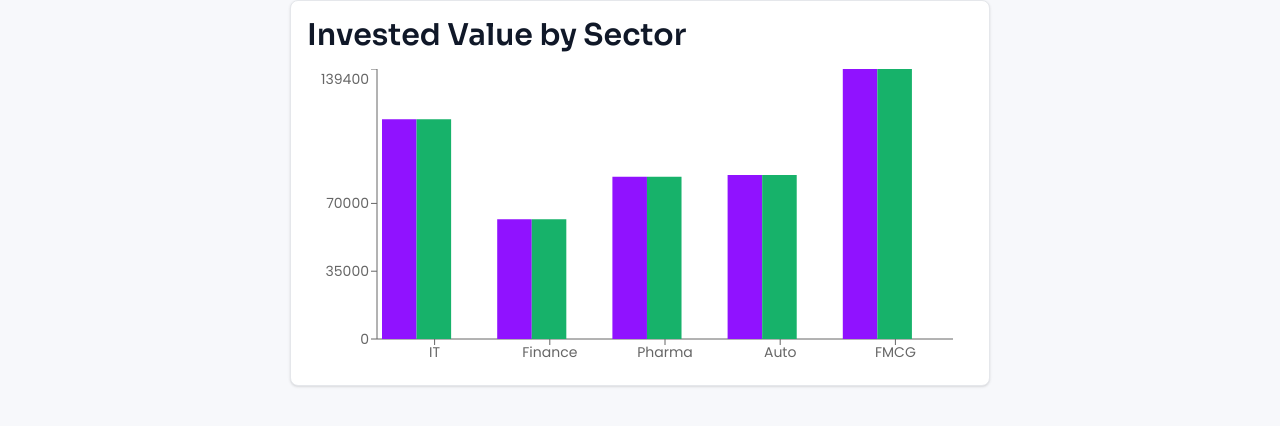
Repository: jabir12-12/inten-project
Page: /components/barchart
An editor plug-in stored every save of this project. The page is shown before and after the next save, followed by the edit.
The browser window is 1280 px wide. The pictures show the whole page.
The page's requests for data from a server got no answer. The project was rebuilt for these pictures with package versions that can differ from the ones it lists, and the page was loaded fresh each time. The framework's server and built-in components were replaced by stand-ins that run in the browser. No one was signed in, and anything a server would have sent is missing. Also part of the build but not shown: next.config.ts.

Above is the page before, as saved 2025-05-17 23:35:24.

### src/pages/_app.tsx
import "@/styles/globals.css";
import type { AppProps } from "next/app"

export default function App({ Component, pageProps }: AppProps) {
  return <Component {...pageProps} />;
}

### src/pages/components/barchart.tsx
import React, { useEffect, useState } from 'react';
import {
    Bar,
    BarChart,
    CartesianGrid,
    Cell,
    Legend,
    ResponsiveContainer,
    Tooltip,
    XAxis,
    YAxis,
} from "recharts";

interface StockData {
    symbol: string;
    category: string;
    purchasePrice: number;
    quantity: number;
    cmp: number;  // current market price
}

const BASE_STOCKS = [
    { symbol: 'INFY.NS', category: 'IT', purchasePrice: 1650, quantity: 20 },
    { symbol: 'TCS.NS', category: 'IT', purchasePrice: 3800, quantity: 10 },
    { symbol: 'HCLTECH.NS', category: 'IT', purchasePrice: 1700, quantity: 25 },

    { symbol: 'HDFCBANK.NS', category: 'Finance', purchasePrice: 1500, quantity: 15 },
    { symbol: 'ICICIBANK.NS', category: 'Finance', purchasePrice: 750, quantity: 30 },
    { symbol: 'SBIN.NS', category: 'Finance', purchasePrice: 420, quantity: 40 },

    { symbol: 'SUNPHARMA.NS', category: 'Pharma', purchasePrice: 950, quantity: 18 },
    { symbol: 'DIVISLAB.NS', category: 'Pharma', purchasePrice: 4800, quantity: 10 },
    { symbol: 'CIPLA.NS', category: 'Pharma', purchasePrice: 850, quantity: 22 },

    { symbol: 'TATAMOTORS.NS', category: 'Auto', purchasePrice: 350, quantity: 50 },
    { symbol: 'BAJAJ-AUTO.NS', category: 'Auto', purchasePrice: 4200, quantity: 8 },
    { symbol: 'EICHERMOT.NS', category: 'Auto', purchasePrice: 2800, quantity: 12 },

    { symbol: 'HINDUNILVR.NS', category: 'FMCG', purchasePrice: 2500, quantity: 14 },
    { symbol: 'ITC.NS', category: 'FMCG', purchasePrice: 240, quantity: 60 },
    { symbol: 'NESTLEIND.NS', category: 'FMCG', purchasePrice: 18000, quantity: 5 },
];

// Helper to aggregate by category for chart
function aggregateByCategory(stocks: StockData[]) {
    const categoryMap: Record<string, { invested: number; current: number }> = {};

    stocks.forEach(({ category, purchasePrice, quantity, cmp }) => {
        if (!categoryMap[category]) {
            categoryMap[category] = { invested: 0, current: 0 };
        }
        categoryMap[category].invested += purchasePrice * quantity;
        categoryMap[category].current += cmp * quantity;
    });

    return Object.entries(categoryMap).map(([name, values]) => {
        const gainLoss = values.current - values.invested;
        return {
            name,
            invested: values.invested,
            current: values.current,
            gainLoss,
        };
    });

}

export default function BarChartComponent() {
    const [stocks, setStocks] = useState<StockData[]>([]);
    const [loading, setLoading] = useState(true);

    useEffect(() => {
        async function fetchData() {
            try {
                const res = await fetch('/api/route'); // Replace with your actual API route URL
                const json = await res.json();

                if (json.success) {
                    // Map cmp prices by symbol
                    const pricesMap: Record<string, number> = {};
                    json.data.forEach((stock: { symbol: string; cmp: number }) => {
                        pricesMap[stock.symbol] = stock.cmp;
                    });

                    // Merge cmp prices into base stocks
                    const updatedStocks: StockData[] = BASE_STOCKS.map(stock => ({
                        ...stock,
                        cmp: pricesMap[stock.symbol] ?? stock.purchasePrice,
                    }));

                    setStocks(updatedStocks);
                } else {
                    console.error("Failed to load stock prices:", json.error);
                    // Fallback to purchasePrice if API fails
                    const fallbackStocks = BASE_STOCKS.map(stock => ({
                        ...stock,
                        cmp: stock.purchasePrice,
                    }));
                    setStocks(fallbackStocks);
                }
            } catch (err) {
                console.error("Error fetching stock prices:", err);
                // Fallback to purchasePrice on error
                const fallbackStocks = BASE_STOCKS.map(stock => ({
                    ...stock,
                    cmp: stock.purchasePrice,
                }));
                setStocks(fallbackStocks);
            } finally {
                setLoading(false);
            }
        }

        fetchData();
    }, []);

    if (loading) return <div>Loading stock data...</div>;

    const barChartData = aggregateByCategory(stocks);

    return (
        <div className="flex flex-col gap-4 border border-gray-200 rounded-lg p-4 bg-white shadow-sm max-w-full w-full sm:w-[90vw] md:w-[600px] lg:w-[700px] mx-auto">
            <h1 className="text-gray-900 font-semibold text-xl sm:text-2xl md:text-3xl">
                Invested Value by Sector
            </h1>

            <ResponsiveContainer width="100%" height={300}>
                <BarChart
                    data={barChartData}
                    barGap={5}
                    barCategoryGap="30%"
                    margin={{ right: 20, left: 10 }}
                >
                    <CartesianGrid strokeDasharray="3 3" horizontal={false} vertical={false} />
                    <XAxis
                        dataKey="name"
                        fontFamily="poppins"
                        fontSize={14}
                        fontWeight={400}
                        fill="#667085"
                        interval="preserveStartEnd"
                    />
                    <YAxis
                        domain={[0, 'dataMax']}
                        fontFamily="poppins"
                        fontSize={14}
                        fontWeight={400}
                        fill="#667085"
                    />
                    <Tooltip
                        cursor={false}
                        isAnimationActive={true}
                        content={({ active, payload, label }) => {
                            if (!active || !payload || payload.length === 0) return null;

                            const invested = Number(payload.find(p => p.dataKey === 'invested')?.value) || 0;
                            const current = Number(payload.find(p => p.dataKey === 'current')?.value) || 0;
                            const gainLoss = Math.abs(current - invested);
                            const gainLossColor = current >= invested ? "#17B26A" : "#F04438";

                            return (
                                <div style={{ backgroundColor: 'white', padding: 10, border: '1px solid #ccc' }}>
                                    <p style={{ marginBottom: 8, fontWeight: 'bold' }}>{label}</p>
                                    <p style={{ color: '#9012FF' }}>
                                        Invested: ₹{invested.toLocaleString("en-IN")}
                                    </p>
                                    <p style={{ color: gainLossColor }}>
                                        Current: ₹{current.toLocaleString("en-IN")}
                                    </p>
                                    <p style={{ color: gainLossColor }}>
                                        Gain/Loss: ₹{gainLoss.toLocaleString("en-IN")}
                                    </p>
                                </div>
                            );
                        }}
                    />
                    <Legend wrapperStyle={{ display: 'none' }} />
                    <Bar dataKey="invested" name="Invested" fill="#9012FF" barSize={40} />
                    <Bar dataKey="current" name="Current" fill="#17B26A" barSize={40} />
                    <Bar dataKey="gainLoss" name="Gain/Loss" barSize={40}>
                        {barChartData.map((entry, index) => (
                            <Cell key={`cell-${index}`} fill={entry.gainLoss >= 0 ? "#17B26A" : "#F04438"} />
                        ))}
                    </Bar>


                </BarChart>
            </ResponsiveContainer>
        </div>
    );
}

### src/styles/globals.css
@import url('https://fonts.googleapis.com/css2?family=Poppins:wght@400;500;600&family=Inter:wght@400;500;600&family=Sora:wght@400;500;600;700;800&display=swap');
@import url('https://fonts.googleapis.com/css2?family=Inter:wght@400;700&display=swap');

@import "tailwindcss";

body {
  background-color: #f7f8fb;
  margin: 0;
  padding: 0;
  font-family: 'Poppins', sans-serif;
  justify-content: center;
  align-items: center;
  height: 100vh;
}

.video-js .vjs-playback-rate {
  font-size: 10px;
  transform: translateY(12px);
  /* Moves the button down by 10px */

}

.heading .head {
  font-family: 'Sora', sans-serif;
  font-size: 24px;
  /* Example size */
  font-weight: 700;
}

/* Example for other headings if needed */
h1,
h2,
h3,
h4,
h5,
h6 {
  font-family: 'Sora', sans-serif;
}

h3 {
  font-size: 18px;
  font-weight: 600;
}

/* Ensure that other text elements use Poppins */
p,
span,
div {
  font-family: 'Poppins', sans-serif;
}

.button {
  outline: none;
}

/* Custom scrollbar styles */

::-webkit-scrollbar {
  width: 7px;
  height: 7px;
}

::-webkit-scrollbar-thumb {
  background-color: rgba(234, 236, 240, 1);
  ;

  border-radius: 100px;
}

::-webkit-scrollbar-track {
  background: "white";

}

/* THIS IS FOR TEXT-EDITOR IN DISSCUSSION TAB --------------------------*/
.custom-quill .ql-container {
  border: none !important;
  /* Remove the border from the container */
}

.custom-quill .ql-editor {
  border: none !important;
  /* Ensure no border around the editor */
}

.custom-quill:focus {
  outline: none;
  /* Remove outline on focus */
}

.custom-quill .ql-editor {
  font-size: 16px;
  /* Set text size to 16px */
  font-family: 'Poppins', sans-serif;
  font-style: normal;
  /* Use the Poppins font */

}

.custom-quill .ql-editor:empty::before {

  /* Show placeholder */
  color: #667085;
  /* Placeholder color */
  font-family: 'Poppins', sans-serif;
  font-style: normal;
  /* Poppins font for placeholder */
  font-size: 16px;
  /* Placeholder size */
  position: absolute;
  /* Position it absolutely */
  left: 10px;
  /* Adjust according to your padding */
  top: 10px;
  /* Adjust according to your padding */
  pointer-events: none;
  /* Prevent interaction */
}

.custom-quill .ql-editor:focus::before {
  display: none;
  /* Hide placeholder on focus */
}

/* -------------------------------------------------- */
/* FOR TOOLTIP FOR TEST PAGE ONLY ->learn Tab */


.tooltipText {
  position: absolute;
  color: white;
  bottom: 125%;
  /* Position above the button */
  left: 50%;
  /* Center horizontally */
  transform: translateX(-50%);
  /* Adjust to center the tooltip */

  z-index: 3;
  background-color: #131313;
  box-shadow: 0 5px 10px rgba(0, 0, 0, 0.3);
  padding: 6px 14px;
  /* Padding inside the tooltip */
  width: 204px;
  /* Fixed width */
  height: auto;
  /* Hug content (height grows with content) */
  min-height: 78px;
  /* Minimum height */
  font-size: 15px;
  font-weight: 400;
  border-radius: 5px;
  white-space: normal;
  /* Allow text wrapping for longer content */
  opacity: 0;
  pointer-events: none;
  transition: all 0.4s ease;
}

.tooltip:hover .tooltipText {
  opacity: 1;
  pointer-events: auto;
  transform: translate(-50%, -10px);
  /* Move tooltip slightly up on hover */
}

.drawer-overlay {
  background-color: transparent !important;
  /* Makes the overlay transparent */
}

/* magic.module.css */
.customCheckbox input[type="checkbox"]:checked {
  background-color: #9012FF;
  border-color: #9012FF;
}

/* Add this to your global CSS file */
.ql-container .ql-editor img {
  cursor: pointer;
}

.image-resizer {
  border: 1px dashed #999;
  position: absolute;
}

.image-resizer .resize-handle {
  background-color: #fff;
  border: 1px solid #999;
  height: 8px;
  width: 8px;
  position: absolute;
}

.image-resizer .resize-handle.se {
  bottom: -5px;
  right: -5px;
  cursor: se-resize;
}

.image-resizer .resize-handle.sw {
  bottom: -5px;
  left: -5px;
  cursor: sw-resize;
}

.image-resizer .resize-handle.ne {
  top: -5px;
  right: -5px;
  cursor: ne-resize;
}

.image-resizer .resize-handle.nw {
  top: -5px;
  left: -5px;
  cursor: nw-resize;
}


@layer base {
  :root {
    --radius: 0.5rem;
    --chart-1: 12 76% 61%;
    --chart-2: 173 58% 39%;
    --chart-3: 197 37% 24%;
    --chart-4: 43 74% 66%;
    --chart-5: 27 87% 67%;
  }

  .dark {
    --chart-1: 220 70% 50%;
    --chart-2: 160 60% 45%;
    --chart-3: 30 80% 55%;
    --chart-4: 280 65% 60%;
    --chart-5: 340 75% 55%;
  }
}

Loaded but not shown: src/pages/_document.tsx (common file)

After the next save:
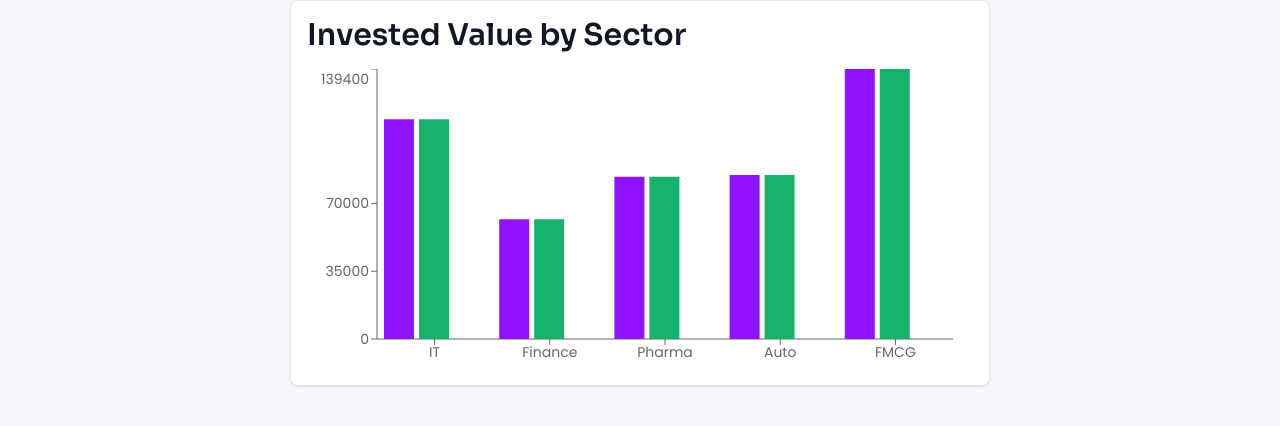
Saved 28 s later.
--- a/src/pages/components/barchart.tsx
+++ b/src/pages/components/barchart.tsx
@@ -175,9 +175,9 @@ export default function BarChartComponent() {
                         }}
                     />
                     <Legend wrapperStyle={{ display: 'none' }} />
-                    <Bar dataKey="invested" name="Invested" fill="#9012FF" barSize={40} />
-                    <Bar dataKey="current" name="Current" fill="#17B26A" barSize={40} />
-                    <Bar dataKey="gainLoss" name="Gain/Loss" barSize={40}>
+                    <Bar dataKey="invested" name="Invested" fill="#9012FF" barSize={30} />
+                    <Bar dataKey="current" name="Current" fill="#17B26A" barSize={30} />
+                    <Bar dataKey="gainLoss" name="Gain/Loss" barSize={30}>
                         {barChartData.map((entry, index) => (
                             <Cell key={`cell-${index}`} fill={entry.gainLoss >= 0 ? "#17B26A" : "#F04438"} />
                         ))}
